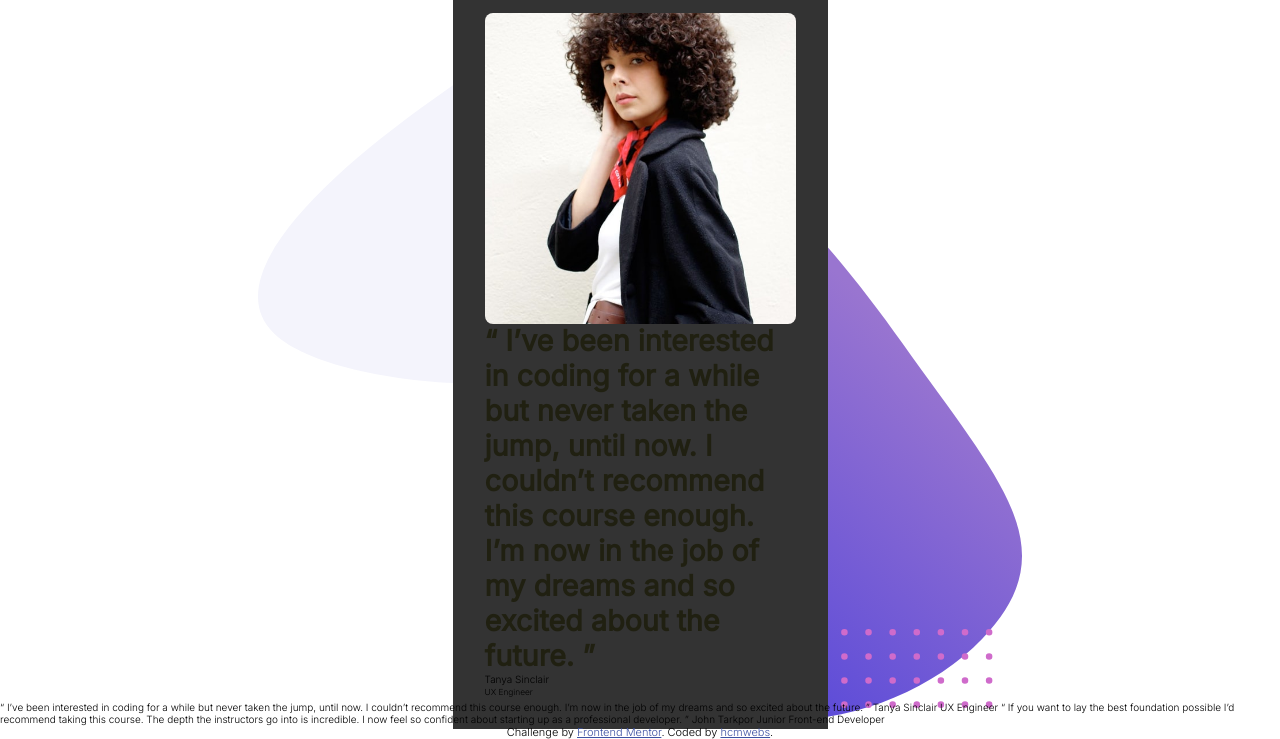
Repository: Hcmwebs/Coding-Bootcamp-Testimonials
Page: index.html
An editor plug-in stored every save of this project. The page is shown before and after the next save, followed by the edit.
The browser window is 1280 px wide. The pictures show the whole page.
The style sheet was rebuilt from its Sass, Less or Tailwind sources for each picture, by a compiler version that may differ from the author's.

Above is the page before, as saved 2020-10-29 14:41:22.

After the next save:
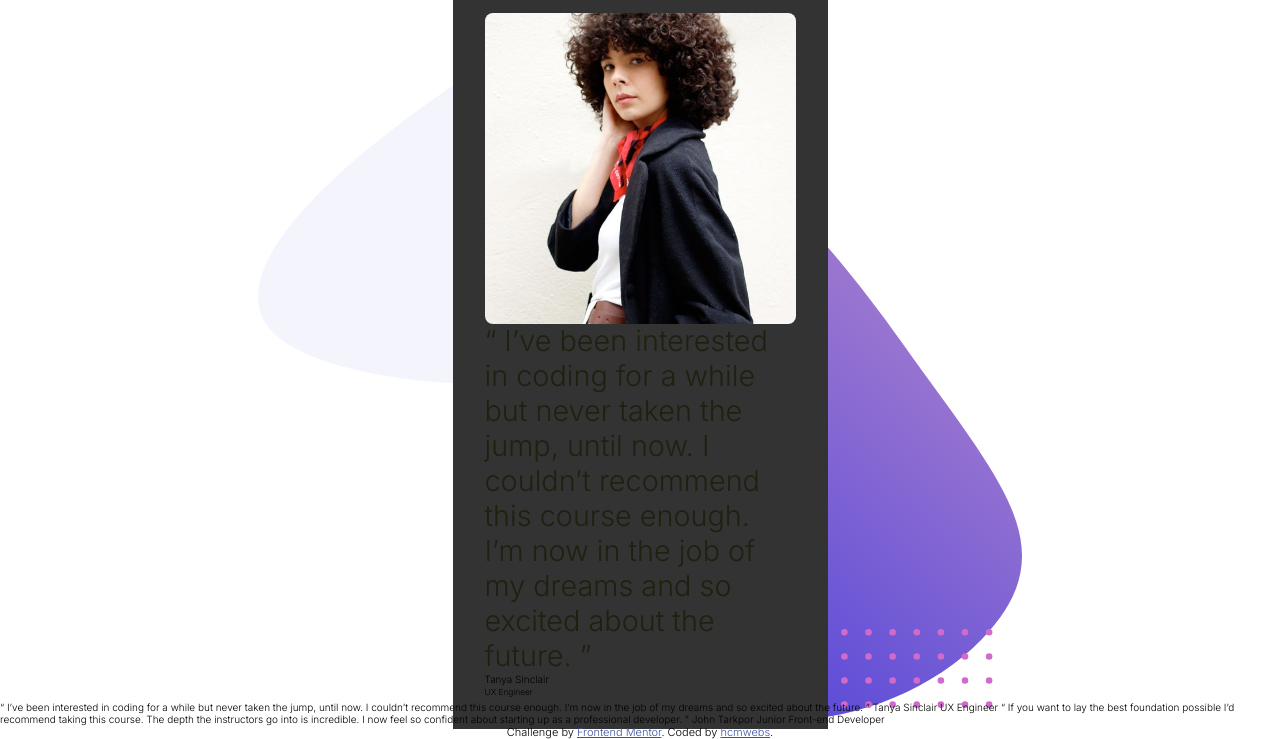
Saved 25 s later.
--- a/scss/main.scss
+++ b/scss/main.scss
@@ -75,6 +75,7 @@ body{
     h2{
       font-size: 1.8rem;
       color:$primaryColor;
+      font-weight: 300;
     }
   }
 }
